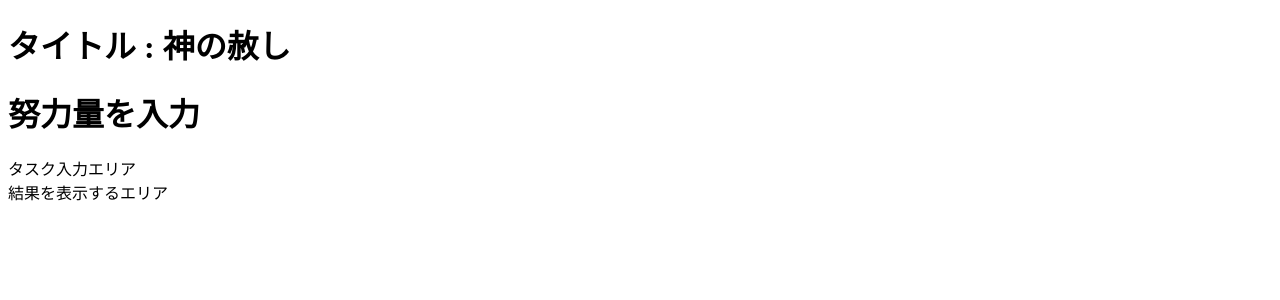
Repository: masa0306/god_forgiveness
Page: index.html
The author's editor kept a copy of each file at every save. The page is drawn from the files as they stood at one save, then again after the next save.
The browser window is 1280 px wide. The pictures show the whole page.

Above is the page before, as saved 2024-05-14 22:38:02.

### index.html
<!DOCTYPE html>
<html lang="en">
<head>
    <meta charset="UTF-8">
    <meta name="viewport" content="width=device-width, initial-scale=1.0">
    <title>Document</title>
</head>
<body>
<!-- タイトルトップ -->
<!-- 神の許しを請うボタンを設置し、それを押すと始まるイメージ -->
    <div><h1>タイトル : 神の赦し</h1></div>
    <!-- やる気を入力するエリア -->
    <div><h1>努力量を入力</h1></div>
    <div>タスク入力エリア</div>

    <div>結果を表示するエリア</div>
    <script src="https://ajax.googleapis.com/ajax/libs/jquery/3.7.0/jquery.min.js"></script>
    <script src="/js/script.js"></script>

</body>
</html>

Loaded but not shown: js/script.js (no copy from this time; the picture is the same without it)

After the next save:
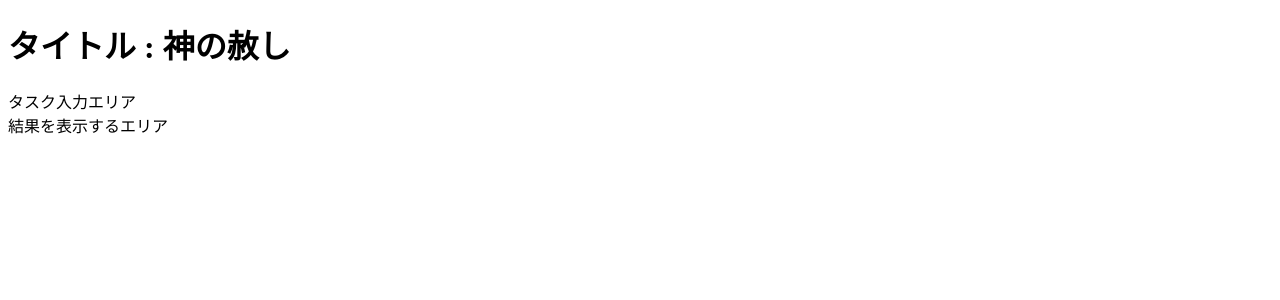
Saved 4 s later.
--- a/index.html
+++ b/index.html
@@ -10,7 +10,7 @@
 <!-- 神の許しを請うボタンを設置し、それを押すと始まるイメージ -->
     <div><h1>タイトル : 神の赦し</h1></div>
     <!-- やる気を入力するエリア -->
-    <div><h1>努力量を入力</h1></div>
+    <div></div>
     <div>タスク入力エリア</div>
 
     <div>結果を表示するエリア</div>
